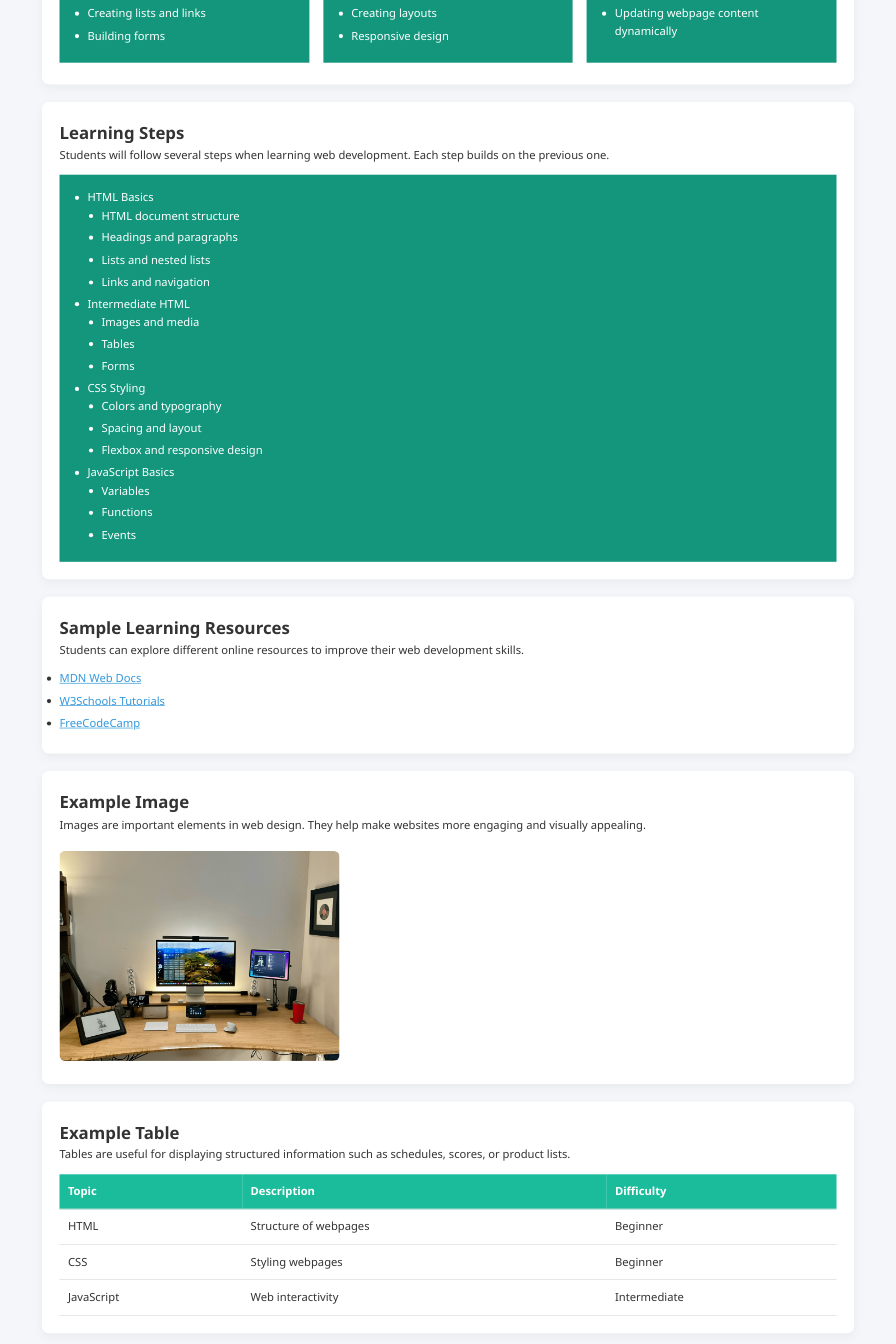
Repository: Than-sothearak/web_client_programing
Page: Week_03/index.html
These files come from the project's save history. The page is drawn as it stood at one moment and after the next save; the edit follows.
The browser window is 1280 px wide. The pictures show the part of the page from y = 631 to 2551 px (the page is 2868 px tall before and 2473 px after), at 70% of full size.

Above is the page before, as saved 2026-03-24 21:24:57.

After the next save:
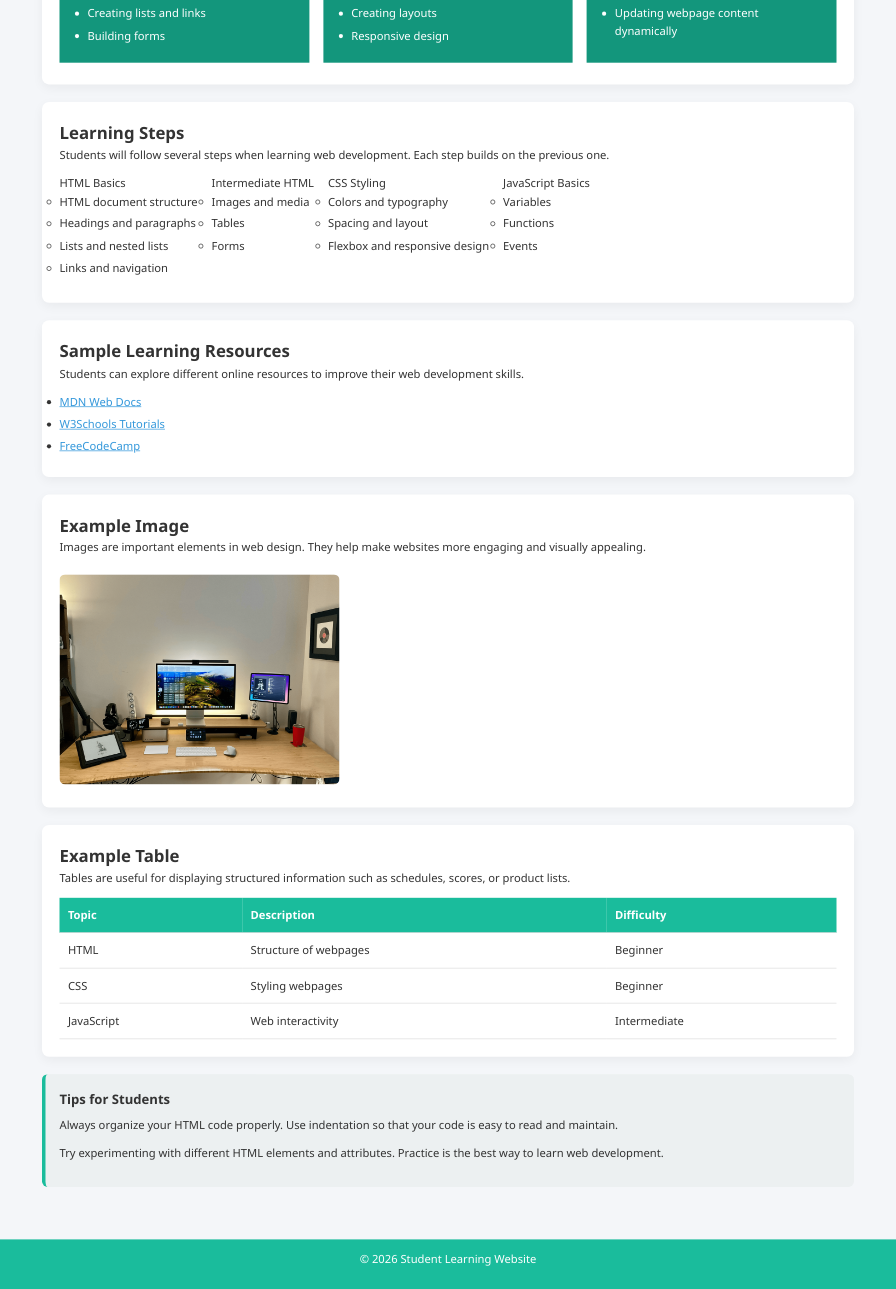
Saved 9 s later.
--- a/Week_03/index.html
+++ b/Week_03/index.html
@@ -90,7 +90,7 @@
           step builds on the previous one.
         </p>
 
-        <ol class="card">
+        <ol class="card-container">
           <li>
             HTML Basics
             <ul>
